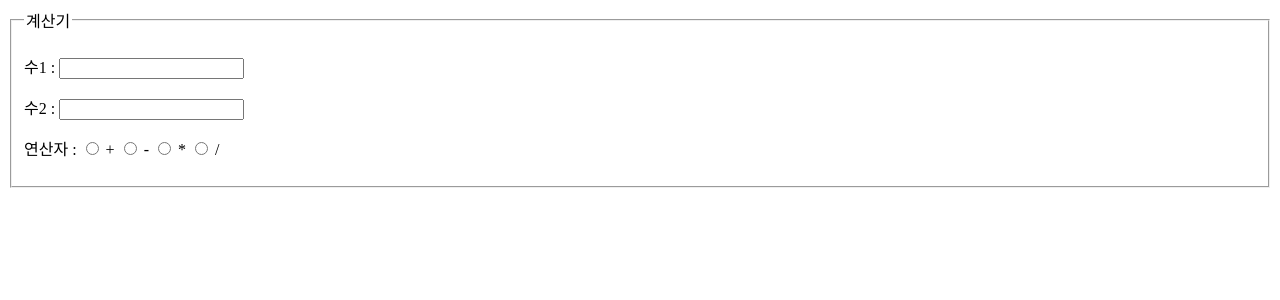
Repository: Kebiskim/2023_jspStudy
Page: 01_servlet/src/main/webapp/view/Ex07.html
The author's editor kept a copy of each file at every save. The page is drawn from the files as they stood at one save, then again after the next save.
The browser window is 1280 px wide. The pictures show the whole page.

Above is the page before, as saved 2023-06-30 04:16:03.

### 01_servlet/src/main/webapp/view/Ex07.html
<!DOCTYPE html>
<html>
<head>
<meta charset="UTF-8">
<title>Calculator</title>
<style type="text/css">
	#border1{
	  width : 300px;
	  height: auto;
	  border: 1px solid lightgray;
	  padding: 10px;
	}
</style>
</head>
<body>
	<!-- <div id="border1">
		<p>계산기</p>
		<p>수1: <input type="text" name="num1" id="num1"></p>
		<p>수2: <input type="text" name="num2" id="num2"></p>
		<p>연산자: <input type="radio" name="chk_info" value="CSS">+
				 <input type="radio" name="chk_info" value="CSS">-
				 <input type="radio" name="chk_info" value="CSS">*
				 <input type="radio" name="chk_info" value="CSS">/
		</p>
		<button>결과보기</button>
	</div> -->

	<div>
		<form action="/01_servlet/Ex07" method="get">
			<!-- 맨 위 제목 포함해서 전체 내용 감싸는 박스 => fieldset -->
			<fieldset>
				<legend>계산기</legend>
				<p><label for="s1">수1 : </label>
				<input type="number" name="num1" id="num1" required="required"></p>
				<p><label for="s1">수2 : </label>
				<input type="number" name="num2" id="num2" required="required"></p>
				<p><label for="op">연산자 : </label>
					<input type="radio" name="op" value="+"> +
					<input type="radio" name="op" value="-"> -
					<input type="radio" name="op" value="*"> *
					<input type="radio" name="op" value="/"> /
					</p>
			</fieldset>
		</form>
	</div>
</body>
</html>

After the next save:
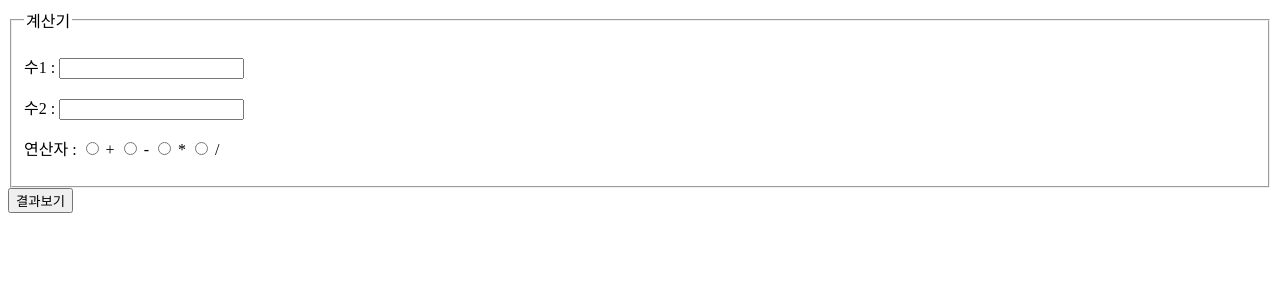
Saved 22 s later.
--- a/01_servlet/src/main/webapp/view/Ex07.html
+++ b/01_servlet/src/main/webapp/view/Ex07.html
@@ -41,6 +41,7 @@
 					<input type="radio" name="op" value="/"> /
 					</p>
 			</fieldset>
+			<input type="submit" value="결과보기"
 		</form>
 	</div>
 </body>
